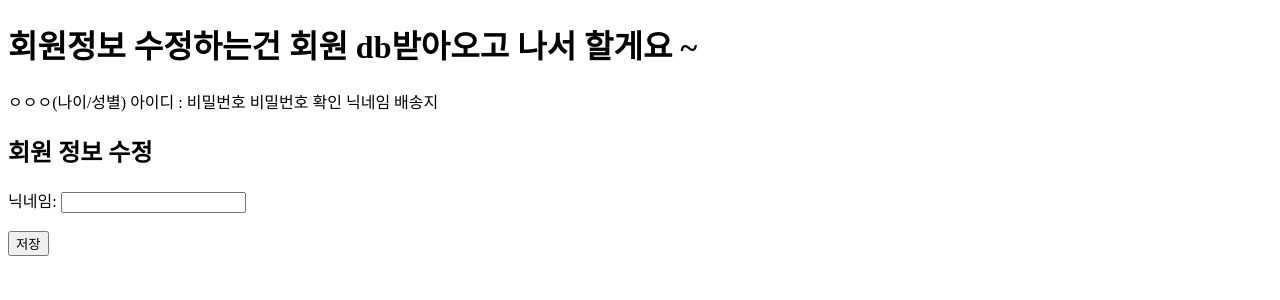
Repository: tnal465/javapj
Page: mergeproject/src/main/webapp/WEB-INF/views/user/userEditForm.html
These files come from the project's save history. The page is drawn as it stood at one moment and after the next save; the edit follows.
The browser window is 1280 px wide. The pictures show the whole page.

Above is the page before, as saved 2025-03-07 17:11:41.

After the next save:
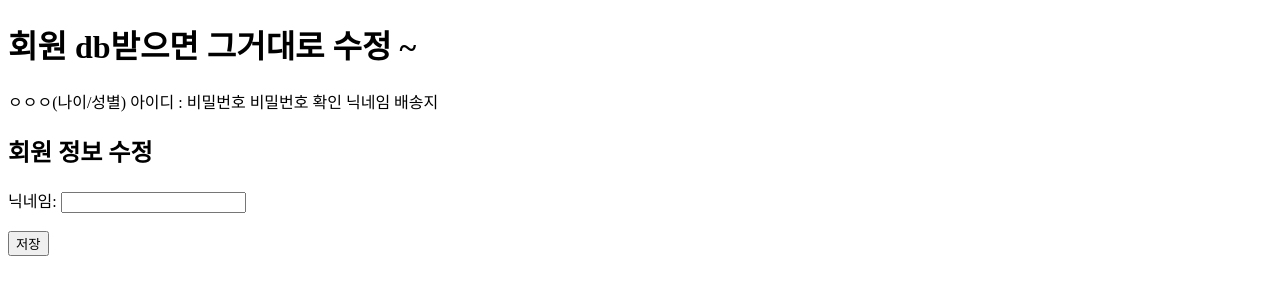
Saved 44 s later.
--- a/mergeproject/src/main/webapp/WEB-INF/views/user/userEditForm.html
+++ b/mergeproject/src/main/webapp/WEB-INF/views/user/userEditForm.html
@@ -5,7 +5,7 @@
 <title>Insert title here</title>
 </head>
 <body>
-<h1>회원정보 수정하는건 회원 db받아오고 나서 할게요 ~</h1>
+<h1>회원 db받으면 그거대로 수정 ~ </h1>
 ㅇㅇㅇ(나이/성별)
 아이디 :
 비밀번호
